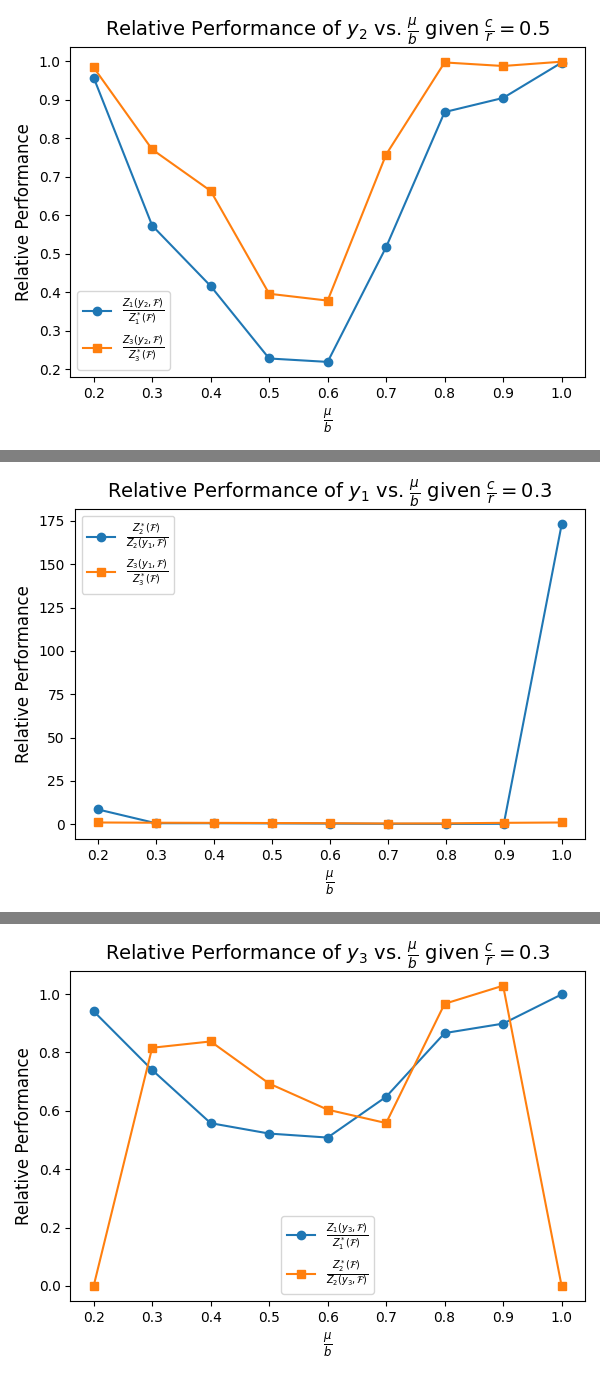
Repository: jhhhln/Research_code
Script's output: python multi_criteria/cross_result/draw_figure.py
The author's editor kept a copy of each file at every save. The script's output is drawn from the files as they stood at one save, then again after the next save.
Each picture stacks the figures in order, with grey between them; figures that are only written to a file come last. Random numbers start from a fixed seed.

Above is the script's output before, as saved 2025-11-22 10:26:50.

After the next save:
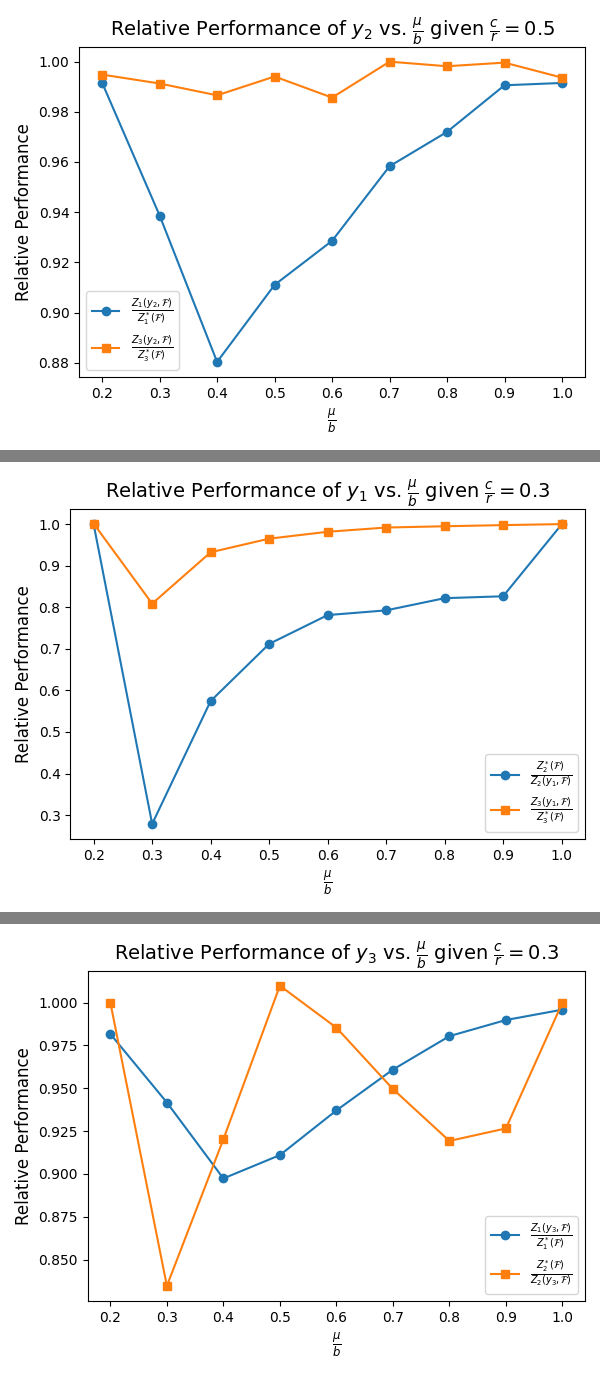
Saved 76 s later.
--- a/multi_criteria/cross_result/draw_figure.py
+++ b/multi_criteria/cross_result/draw_figure.py
@@ -1,7 +1,7 @@
 import pandas as pd
 import matplotlib.pyplot as plt
 
-file_path = 'cross_mub_4.csv'
+file_path = 'cross_mub_1.csv'
 df = pd.read_csv(file_path)
 
 for col in ['Z1_y2_over_Z1_star', 'Z3_y2_over_Z3_star']:
